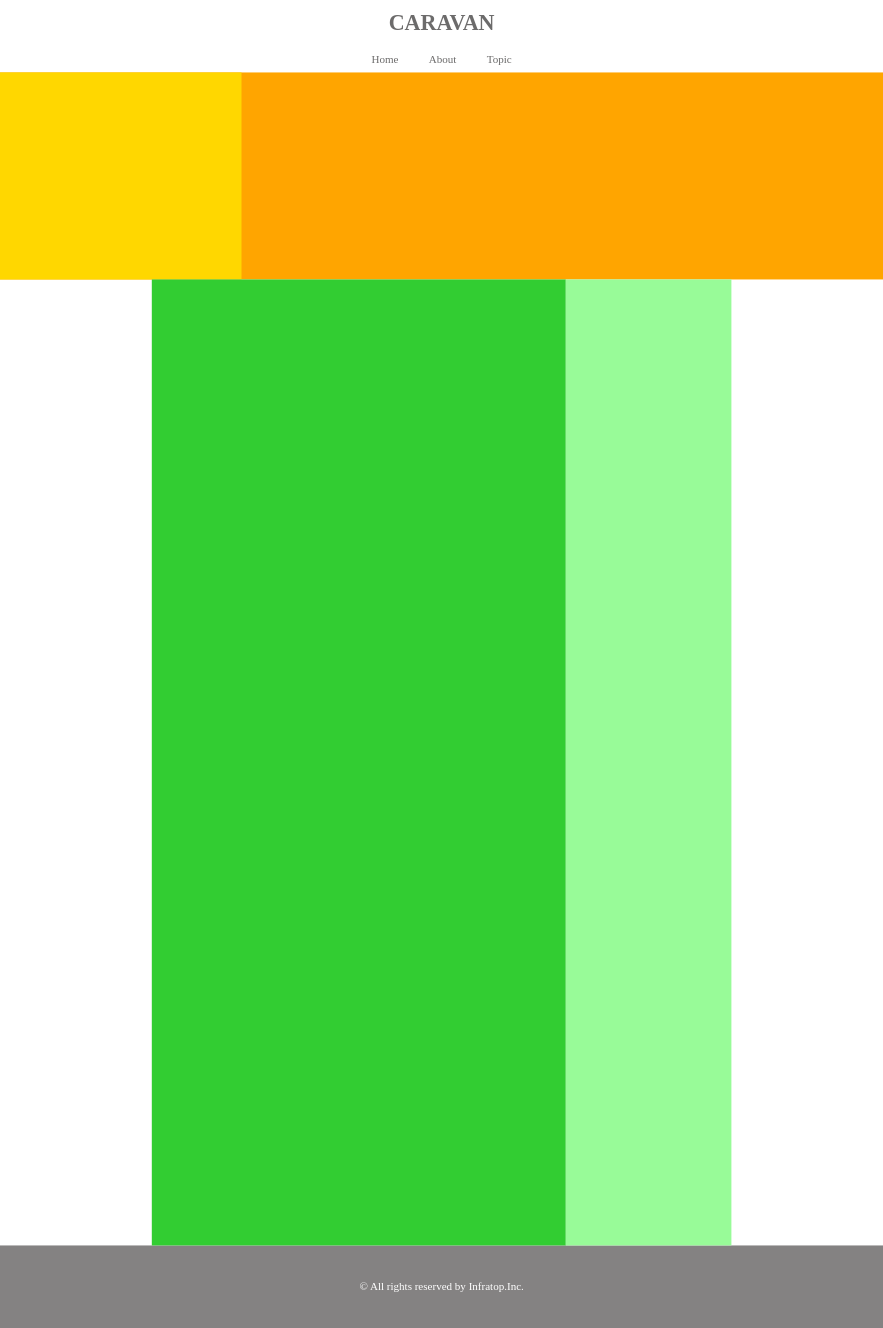
Repository: Nao002/practice
Page: caravan/index.html
The author's editor kept a record of every edit. The page is drawn from the files as they stood at one moment, then again after the next edit.
The browser window is 1280 px wide. The pictures show the whole page, at 69% of full size.

Above is the page before.

### caravan/index.html
<!DOCTYPE html>
<html lang="ja">
  <head>
    <meta charset="UTF-8" />
    <!-- CSSファイルの読み込み -->
    <link rel="stylesheet" href="style.css" />
    <title>CARAVAN</title>
  </head>

  <body>
    <!-- header -->
    <header>
      <h1 class="heading">
        <a href="index.html">
          CARAVAN
        </a>
      </h1>
    </header>

     <!-- navigation -->
    <nav>
      <ul class="nav-list">
        <li class="nav-list-item">
          <a href="index.html">Home</a>
        </li>
        <li class="nav-list-item">About</li>
        <li class="nav-list-item">Topic</li>
      </ul>
    </nav>

    <!-- main-visual用のdiv -->
    <div class="main-visual">
      <div class="main-visual-content"></div>
    </div>

    <!-- main用のdiv -->
    <div class="main">
      <div class="blog"></div>
      <div class="sidebar"></div>
    </div>

    <!-- footer -->
    <footer>
      <p class="footer-text">© All rights reserved by Infratop.Inc.</p>
    </footer>

  </body>
</html>

### caravan/style.css
/* ブラウザがそれぞれ持っているCSSをリセットするための記述 */
* {
  margin: 0;
  padding: 0;
  box-sizing: border-box;
  color: #6c6b6b;
}

a {
  text-decoration: none;
}

header {
  width: 90%;
  padding: 15px 0;
  margin: 0 auto;
  text-align: center;
}

header .heading { /* headerタグ内のheadingクラスにのみ反映される */
  font-size: 32px;
}

.nav-list {
  text-align: center;
  padding: 10px 0;
  margin: 0 auto;
}

.nav-list-item {
  list-style: none;
  display: inline-block;
  margin: 0 20px;
}

.main-visual {
  width: 100%; /* 横幅いっぱい */
  height: 300px; /* 高さ300px */
  background-color: orange; /* 背景色orange */
}

.main-visual-content {
  width: 350px; /* 横幅350px */
  height: 300px; /* 親の高さに揃える */
  background-color: gold; /* 背景色gold */
}

.main {
  width: 840px; /* 横幅いっぱい */
  display: flex; /* Flexboxの利用 */
  justify-content: center; /* 子要素の横並び・中央寄せ */
  margin: 0 auto;
}

.blog {
  width: 600px; /* 横幅600px */
  height: 1400px; /* 高さ600px */
  background-color: limegreen; /* 背景色limegreen */
}

.sidebar {
  width: 240px; /* 横幅240px */
  height: 1400px; /* 高さ600px */
  background-color: palegreen; /* 背景色palegreen */
}

footer {
  width: 100%;
  height: 120px;
  text-align: center;
  line-height: 120px;
  background-color: #848282;
}

.footer-text {
  color: #fff;
}

After the next edit:
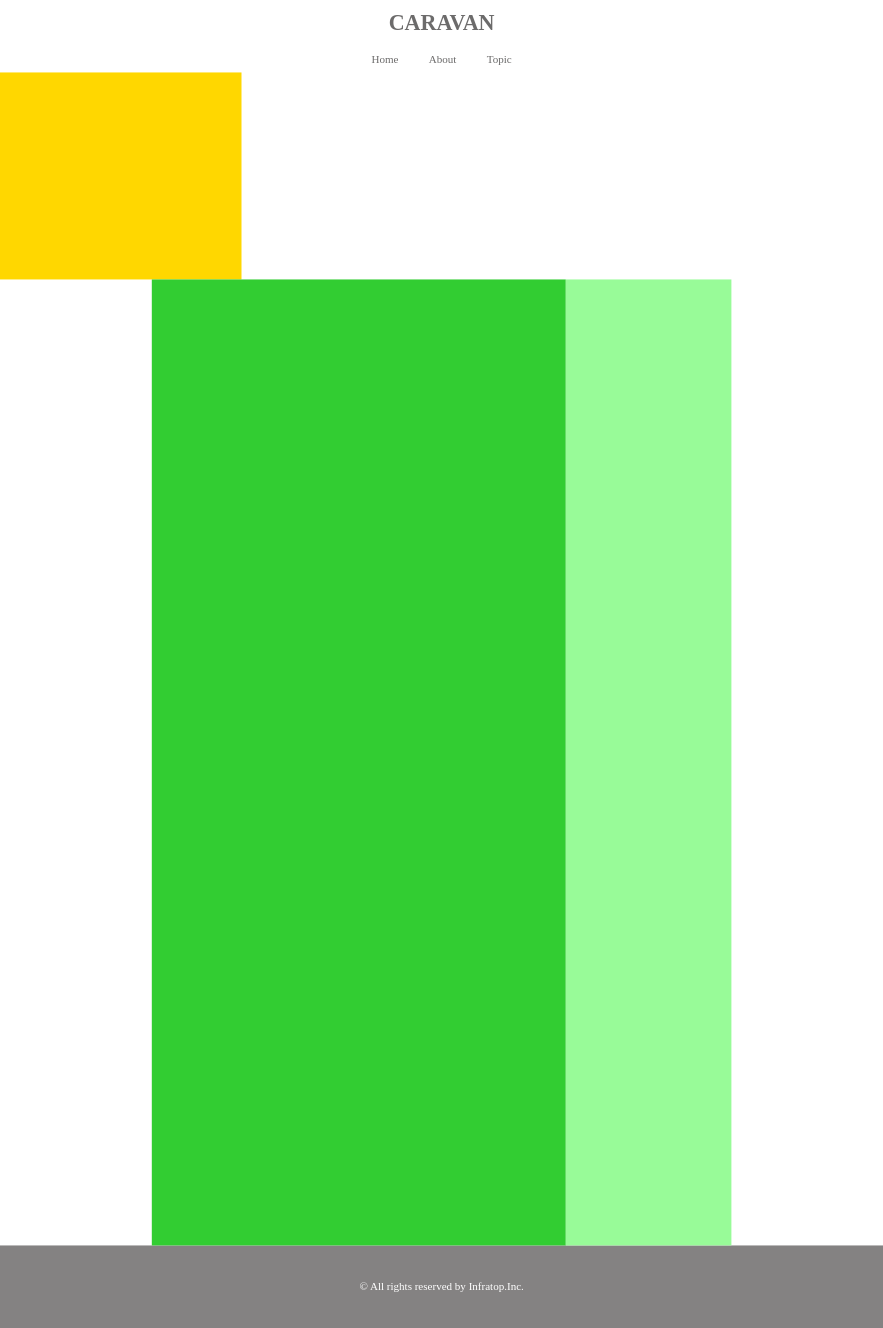
The edit:
--- a/caravan/style.css
+++ b/caravan/style.css
@@ -36,7 +36,6 @@
 .main-visual {
   width: 100%; /* 横幅いっぱい */
   height: 300px; /* 高さ300px */
-  background-color: orange; /* 背景色orange */
 }
 
 .main-visual-content {
